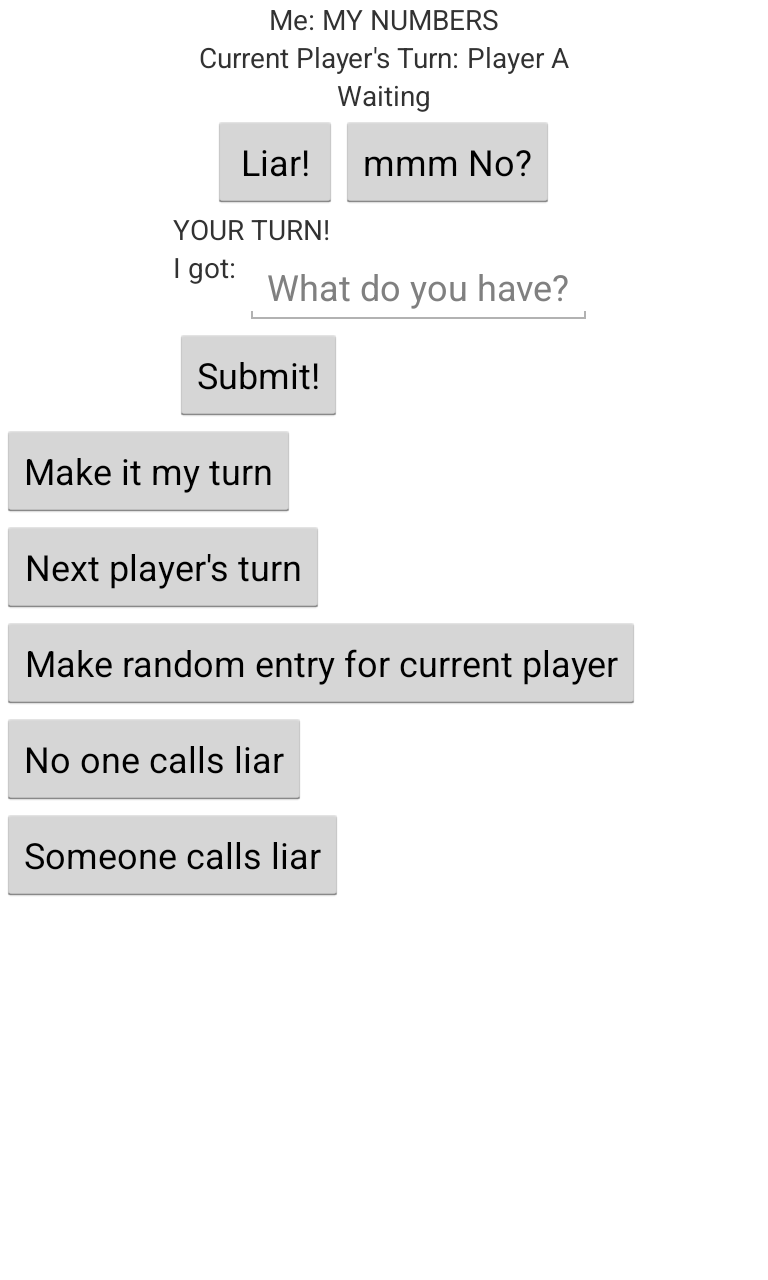
Repository: RayyLim/LiarPoker
Layout: LiarPoker/res/layout/gameroom_main.xml
The author's editor kept a copy of each file at every save. The layout is drawn from the files as they stood at one save, then again after the next save.
It is drawn on a 768 x 1280 px phone screen (xhdpi) without system bars, with theme AppTheme; the app's code is not run.

Above is the layout before, as saved 2012-07-22 10:01:32.

After the next save:
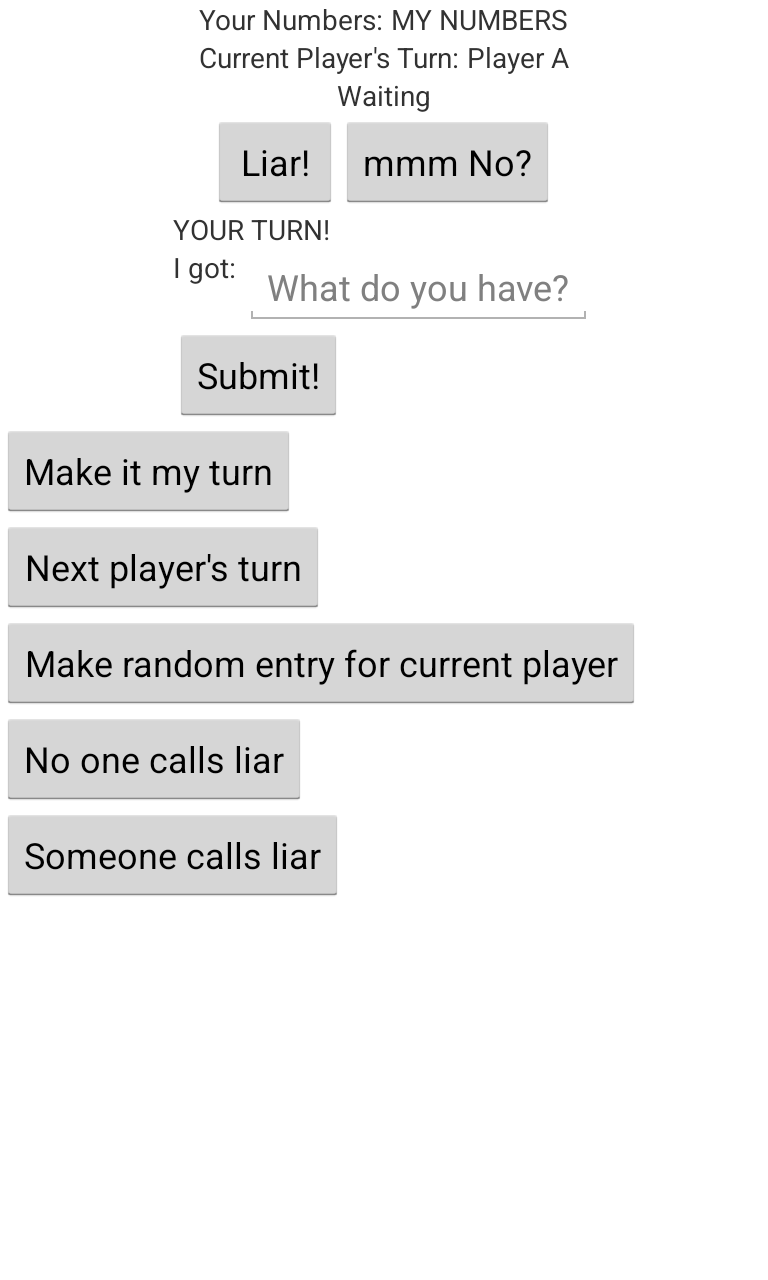
Saved 12 s later.
--- a/LiarPoker/res/layout/gameroom_main.xml
+++ b/LiarPoker/res/layout/gameroom_main.xml
@@ -7,7 +7,7 @@
 		android:layout_height="wrap_content"
 		android:layout_gravity="center_horizontal">
 		<TextView android:id="@+id/meLabel" android:layout_width="wrap_content"
-			android:layout_height="wrap_content" android:text="Me: " />
+			android:layout_height="wrap_content" android:text="Your Numbers: " />
 
 		<TextView android:id="@+id/mynumbersLabel"
 			android:layout_width="wrap_content" android:layout_height="wrap_content"
